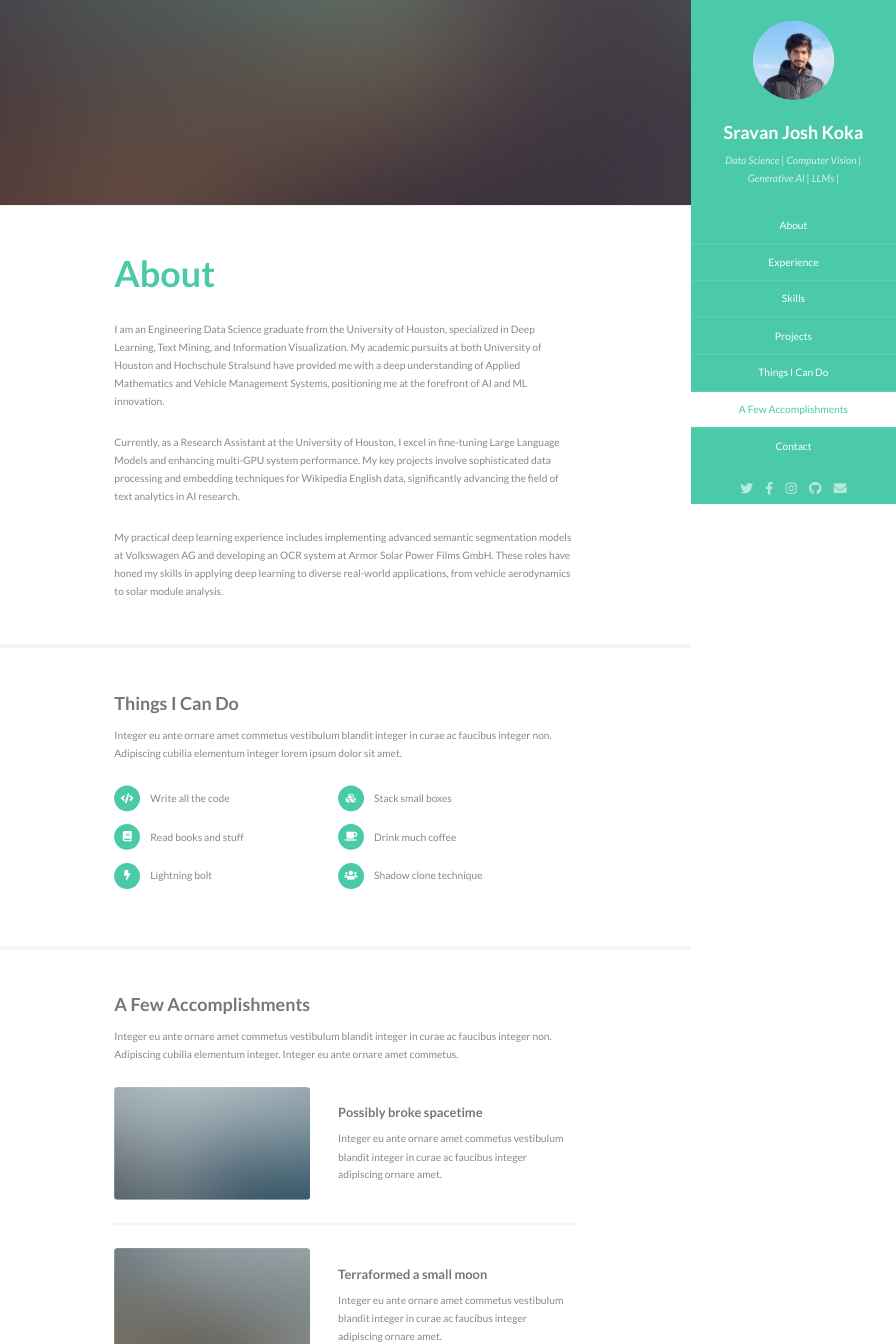
Repository: sravanjosh07/my_portfolio
Page: index.html
These files come from the project's save history. The page is drawn as it stood at one moment and after the next save; the edit follows.
The browser window is 1280 px wide. The pictures show the part of the page from y = 0 to 1920 px (the page is 3005 px tall), at 70% of full size.

Above is the page before, as saved 2023-12-26 14:52:34.

After the next save:
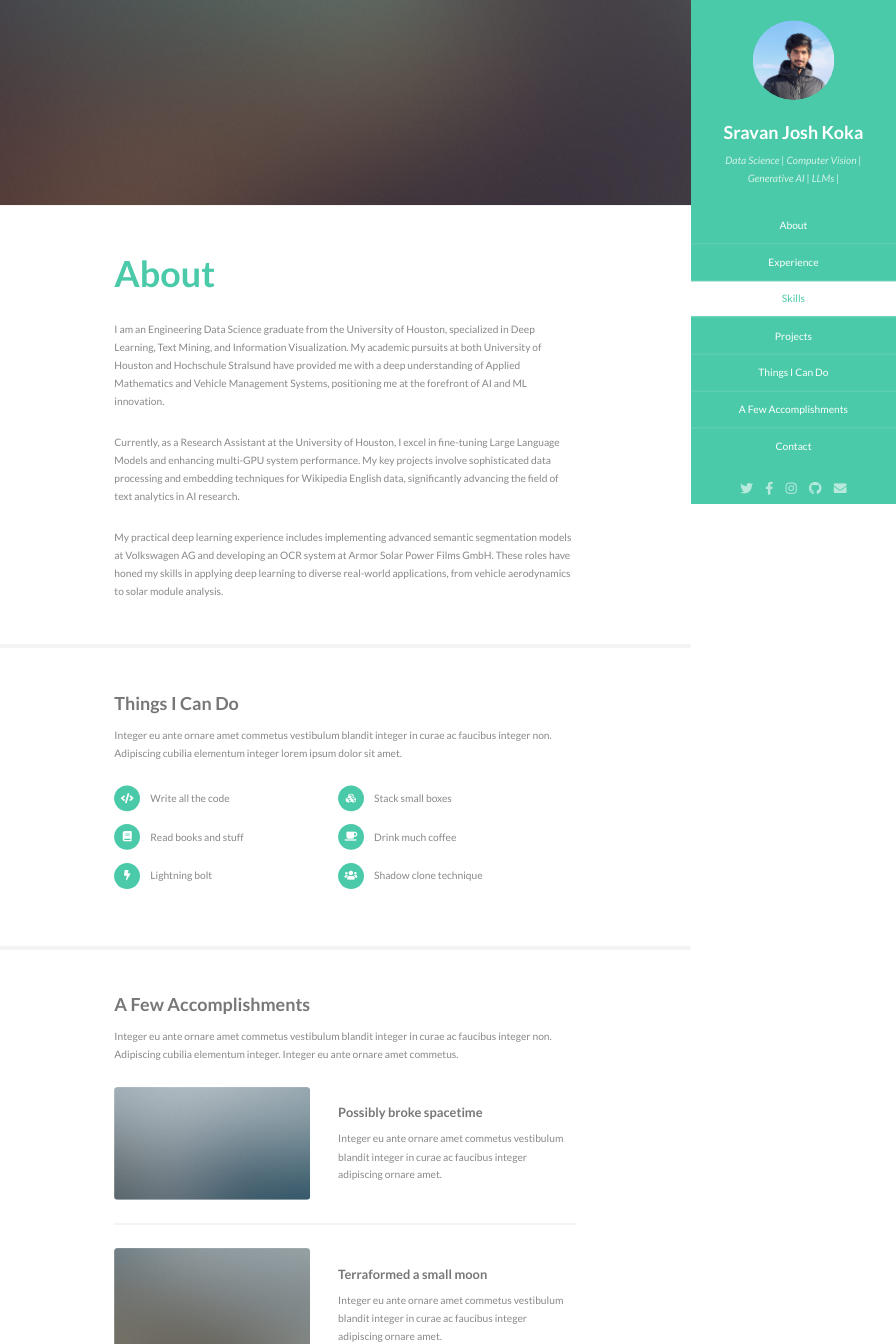
Saved 89 s later.
--- a/index.html
+++ b/index.html
@@ -25,9 +25,9 @@
 					<ul>
 						<li><a href="#one" class="active">About</a></li>
 						<li><a href="#two">Experience</a></li>
-						<li><a href="#two">Skills</a></li>
-						<li><a href="#two">Projects</a></li>
-						<li><a href="#two">Things I Can Do</a></li>
+						<li><a href="#three">Skills</a></li>
+						<li><a href="#four">Projects</a></li>
+						<li><a href="#five">Things I Can Do</a></li>
 						<li><a href="#three">A Few Accomplishments</a></li>
 						<li><a href="#four">Contact</a></li>
 					</ul>
